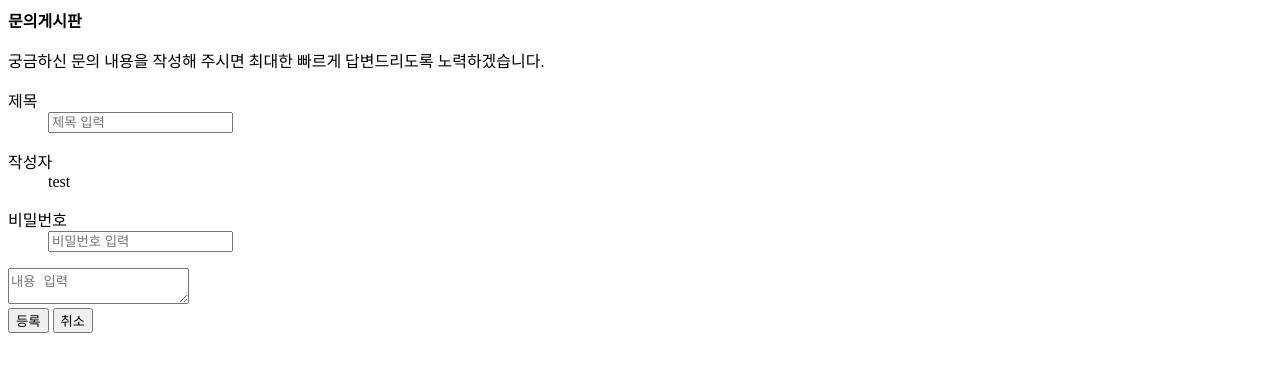
Repository: borikong/yogiproject
Page: http://localhost/yogiproject/Inquiry_Board_Update.jsp
These files come from the project's save history. The page is drawn as it stood at one moment and after the next save; the edit follows.
The browser window is 1280 px wide. The pictures show the whole page.
The page is served by Tomcat 9.

Above is the page before, as saved 2023-02-12 14:26:08.

After the next save:
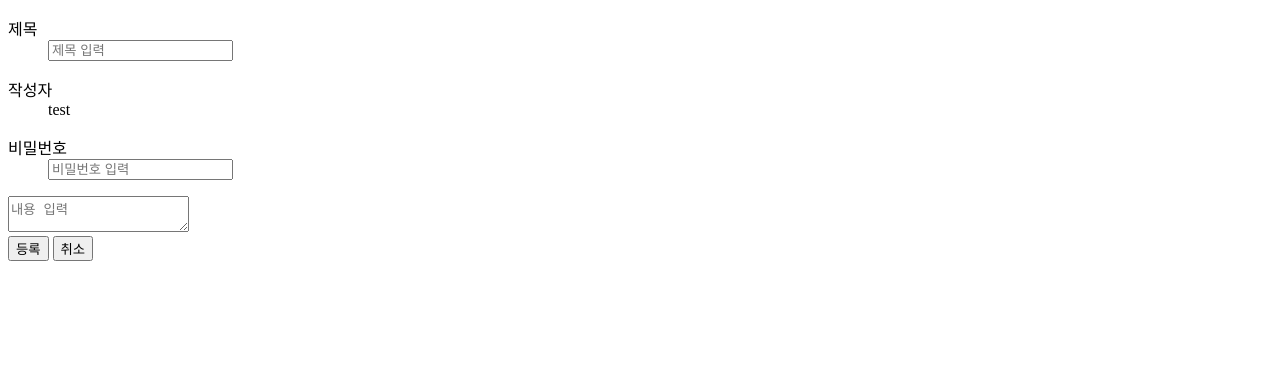
Saved 41 s later.
--- a/yogiproject/src/main/webapp/Inquiry_Board_Update.jsp
+++ b/yogiproject/src/main/webapp/Inquiry_Board_Update.jsp
@@ -9,14 +9,7 @@
 
 </head>
 <body>
-<!-- 헤더 -->
 
-
-	<div class="board_wrap" style="position: relative; z-index: 1;">			<!-- 전체를 감싸고 있는 div 생성 -->
-		<div class="board_title">		<!-- 보드의 타이틀(ex. 문의게시판) -->
-			<strong>문의게시판</strong>
-			<p>궁금하신 문의 내용을 작성해 주시면 최대한 빠르게 답변드리도록 노력하겠습니다.</p>
-		</div>
 		<form action="Inquiry_Board_Update_Form.jsp?pageNo=1" method="post" name="writeForm" onsubmit="return writeSave()">
 
 		<div class="board_write_wrap">	<!-- 타이틀 아래 영역(리스트, 페이지, 버튼) -->
